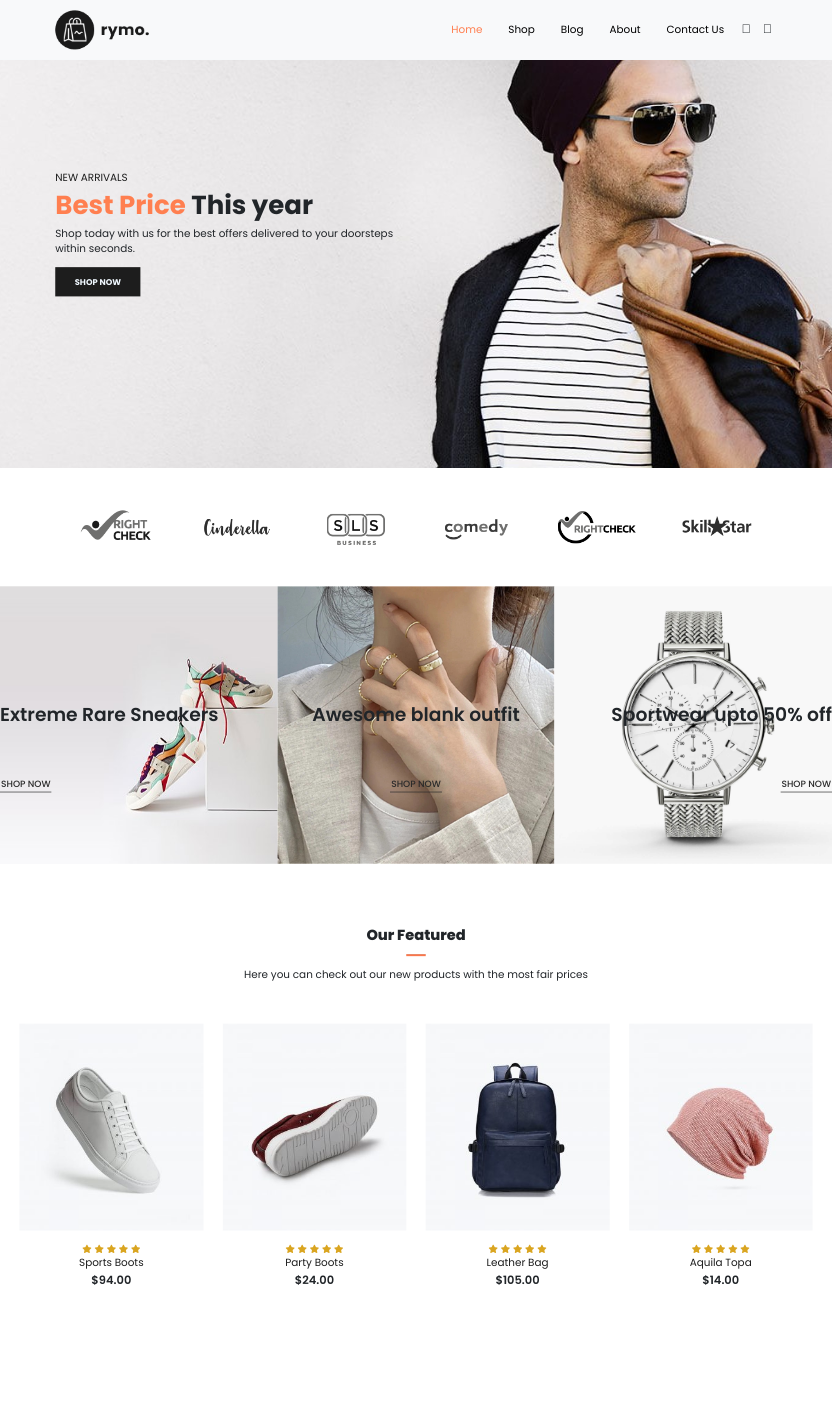
Repository: peter417waweru/e-commerce-UI
Page: index.html
An editor plug-in stored every save of this project. The page is shown before and after the next save, followed by the edit.
The browser window is 1280 px wide. The pictures show the whole page, at 65% of full size.
Some web libraries are served in a nearby version.

Above is the page before, as saved 2025-02-07 23:32:43.

### index.html
<!DOCTYPE html>
<html lang="en">

    <head>
        <meta charset="UTF-8">
        <meta http-equiv="X-UA-Compatible" content="IE=edge">
        <meta name="viewport" content="width=device-width, initial-scale=1.0">
        <title>Ecommerce Website1</title>

        <link rel="stylesheet" href="https://cdn.jsdelivr.net/npm/bootstrap@4.1.3/dist/css/bootstrap.min.css"
         integrity="sha384-MCw98/SFnGE8fJT3GXwEOngsV7Zt27NXFoaoApmYm81iuXoPkFOJwJ8ERdknLPMO" crossorigin="anonymous">

        <link rel="stylesheet" href="https://pro.fontawesome.com/releases/v5.10.0/css/all.css" />

        <link rel="stylesheet" href="./style.css">
    </head>

    <body>

        <nav class="navbar navbar-expand-lg navbar-light bg-light py-3 fixed-top">
            <div class="container">
              <img src="img/logo1.png" alt="">
              <button class="navbar-toggler" type="button" data-bs-toggle="collapse" data-bs-target="#navbarSupportedContent" aria-controls="navbarSupportedContent" aria-expanded="false" aria-label="Toggle navigation">
                <span><i id="bar" class="fas fa-bars"></i></span>
              </button>
              <div class="collapse navbar-collapse" id="navbarSupportedContent">
                <ul class="navbar-nav ml-auto">
                  <li class="nav-item">
                    <a class="nav-link active" aria-current="page" href="#">Home</a>
                  </li>
                  <li class="nav-item">
                    <a class="nav-link" aria-current="page" href="#">Shop</a>
                  </li>
                  <li class="nav-item">
                    <a class="nav-link" aria-current="page" href="#">Blog</a>
                  </li>
                  <li class="nav-item">
                    <a class="nav-link" aria-current="page" href="#">About</a>
                  </li>
                  <li class="nav-item">
                    <a class="nav-link" aria-current="page" href="#">Contact Us</a>
                  </li>
                  <li class="nav-item">
                    <i class="fal fa-search"></i>
                    <i class="fal fa-shopping-bag"></i>
                  </li>


                </ul>

              </div>
            </div>
        </nav>


        <section id="home">
          <div class="container">
            <h5>NEW ARRIVALS</h5>
            <h1><span>Best Price</span> This year</h1>
            <p>Shop today with us for the best offers delivered to your doorsteps <br>
               within seconds.
            </p>
            <button>Shop Now</button>
          </div>
        </section>

        <section id="brand" class="container">
          <div class="row m-0 py-5">
            <img class="img-fluid col-lg-2 col-md-4 col-sm-6" src="img/brand/1.png" alt="">
            <img class="img-fluid col-lg-2 col-md-4 col-sm-6" src="img/brand/2.png" alt="">
            <img class="img-fluid col-lg-2 col-md-4 col-sm-6" src="img/brand/3.png" alt="">
            <img class="img-fluid col-lg-2 col-md-4 col-sm-6" src="img/brand/4.png" alt="">
            <img class="img-fluid col-lg-2 col-md-4 col-sm-6" src="img/brand/5.png" alt="">
            <img class="img-fluid col-lg-2 col-md-4 col-sm-6" src="img/brand/6.png" alt="">
          </div>
        </section>

        <section id="new" class="w-100">
          <div class="row p-0 m-0">
            <div class="one col-lg-4 col-md-12 col-sm-12 p-0">
              <img class="img-fluid" src="img/new/1.jpg" alt="">
              <div class="details">
                <h2>Extreme Rare Sneakers</h2>
                <button class="text-uppercase">shop now</button>
              </div>
            </div>
            <div class="one col-lg-4 col-md-12 col-sm-12 p-0">
              <img class="img-fluid" src="img/new/5.jpg" alt="">
              <div class="details">
                <h2>Awesome blank outfit</h2>
                <button class="text-uppercase">shop now</button>
              </div>
            </div>
            <div class="one col-lg-4 col-md-12 col-sm-12 p-0">
              <img class="img-fluid" src="img/new/3.jpg" alt="">
              <div class="details">
                <h2>Sportwear upto 50% off</h2>
                <button class="text-uppercase">shop now</button>
              </div>
            </div>
          </div>
        </section>

        <section id="featured" class="my-5 pb-5">
          <div class="container text-center mt-5 py-5">
            <h3>Our Featured</h3>
            <hr class="mx-auto">
            <p>Here you can check out our new products with the most fair prices</p>
          </div>
          <div class="row mx-auto container-fluid">
            <div class="product text-center col-lg-3 col-md-4 col-12">
              <img class="img-fluid mb-3" src="img/featured/1.jpg" alt="">
              <div class="star">
                <i class="fas fa-star"></i>
                <i class="fas fa-star"></i>
                <i class="fas fa-star"></i>
                <i class="fas fa-star"></i>
                <i class="fas fa-star"></i>
              </div>
              <h5 class="p-name">Sports Boots</h5>
              <h4 class="p-price">$94.00</h4>
              <button class="buy-btn">Buy Now</button>
            </div>
            <div class="product text-center col-lg-3 col-md-4 col-12">
              <img class="img-fluid mb-3" src="img/featured/2.jpg" alt="">
              <div class="star">
                <i class="fas fa-star"></i>
                <i class="fas fa-star"></i>
                <i class="fas fa-star"></i>
                <i class="fas fa-star"></i>
                <i class="fas fa-star"></i>
              </div>
              <h5 class="p-name">Party Boots</h5>
              <h4 class="p-price">$24.00</h4>
              <button class="buy-btn">Buy Now</button>
            </div>
            <div class="product text-center col-lg-3 col-md-4 col-12">
              <img class="img-fluid mb-3" src="img/featured/3.jpg" alt="">
              <div class="star">
                <i class="fas fa-star"></i>
                <i class="fas fa-star"></i>
                <i class="fas fa-star"></i>
                <i class="fas fa-star"></i>
                <i class="fas fa-star"></i>
              </div>
              <h5 class="p-name">Leather Bag</h5>
              <h4 class="p-price">$105.00</h4>
              <button class="buy-btn">Buy Now</button>
            </div>
            <div class="product text-center col-lg-3 col-md-4 col-12">
              <img class="img-fluid mb-3" src="img/featured/4.jpg" alt="">
              <div class="star">
                <i class="fas fa-star"></i>
                <i class="fas fa-star"></i>
                <i class="fas fa-star"></i>
                <i class="fas fa-star"></i>
                <i class="fas fa-star"></i>
              </div>
              <h5 class="p-name">Aquila Topa</h5>
              <h4 class="p-price">$14.00</h4>
              <button class="buy-btn">Buy Now</button>
            </div>
          </div>
        </section>


        <script src="https://cdn.jsdelivr.net/npm/@popperjs/core@2.9.1/dist/umd/popper.min.js"
            integrity="sha384-SR1sx49pcuLnqZUnnPwx6FCym0wLsk5JZuNx2bPPENzswTNFaQU1RDvt3wT4gWFG"
            crossorigin="anonymous"></script>
        <script src="https://cdn.jsdelivr.net/npm/bootstrap@5.0.0-beta3/dist/js/bootstrap.min.js"
            integrity="sha384-j0CNLUeiqtyaRmlzUHCPZ+Gy5fQu0dQ6eZ/xAww941Ai1SxSY+0EQqNXNE6DZiVc"
            crossorigin="anonymous"></script>
    </body>

</html>

### style.css
@import url("https://fonts.googleapis.com/css2?family=Poppins:wght@100;200;300;400;500;600;700;800;900&display=swap");
* {
  margin: 0;
  padding: 0;
  box-sizing: border-box;
}

body {
  font-family: "Poppins", sans-serif;
}

h1 {
  font-size: 2.5rem;
  font-weight: 700;
}

h2 {
  font-size: 1.8rem;
  font-weight: 600;
}

h3 {
  font-size: 1.4rem;
  font-weight: 800;
}

h4 {
  font-size: 1.1rem;
  font-weight: 600;
}

h5 {
  font-size: 1rem;
  font-weight: 400;
  color: #1d1d1d;
}

h6 {
  color: #d8d8d8;
}

hr {
  width: 30px;
  height: 2px;
  background-color: #fb774b;
}

.star i{
  font-size: 0.8rem;
  color: goldenrod;
}

button {
  font-size: 0.8rem;
  font-weight: 700;
  outline: none;
  border: none;
  background-color: #1d1d1d;
  color: aliceblue;
  padding: 13px 30px;
  cursor: pointer;
  text-transform: uppercase;
  transition: 0.3s ease;
}

button:hover {
  background-color: #3a3833;
}

hr {
  width: 30px;
  height: 2px;

}

.navbar {
  font-size: 16px;
  background-color: #d8d8d8;
  top: 0;
  left: 0;
}

.navbar-light .navbar-nav .nav-link{
  padding: 0 20px;
  color: black;
  transition: 0.3s ease;
}

.navbar-light .navbar-nav .nav-link:hover,
.navbar i:hover,
.navbar-light .navbar-nav .nav-link.active,
.navbar i.active
{
  color: coral;
}



.navbar i{
  font-size: 1.2rem;
  padding: 0 7px;
  cursor: pointer;
  transition: 0.3s ease;
}

/* Mobile Nav*/


.navbar-light .navbar-toggler{
  border: none;
  outline: none;
}

#bar {
  font-size: 1.5rem;
  padding: 7px;
  cursor: pointer;
  font-weight: 500;
  color: black;
  transition: 0.3s ease;
}

#bar:hover,
#bar.active{
  color: #fff;
}

@media only screen and (max-width: 990px) {

  body > nav > div > button:hover ,
  body > nav > div > button:focus {
    background-color: #fb774b;
  }

  body > nav > div > button:hover #bar,
  body > nav > div > button:focus #bar {
    background-color: #fb774b;
  }

  #navbarSupportedContent > ul {
    margin: 1rem;
    justify-content: flex-end;
    align-items: flex-end;
    text-align: right;
  }

  #navbarSupportedContent > ul > li:nth-child(n) > a {
    padding: 10px 0;
  }
}


#home {
  background-image: url("img/back.jpg");
  width: 100%;
  height: 100vh;
  background-size: cover;
  background-position: top 70px center;
  display: flex;
  flex-direction: column;
  align-items: flex-start;
  justify-content: center;

}

#home span{
  color: coral;
}

#new .row .one img{
  width: 100%;
  height: 100%;
  background-position: center center;
  background-repeat: no-repeat;
  background-size: cover;
  position: relative;
}


#new .row .one .details{
  position: absolute;
  width: 100%;
  height: 100%;
  top: 0;
  left: 0;
  transition: 0.3s ease;
}

#new .row .one:hover .details{
  cursor: pointer;
  background-color: rgba(255, 178, 178, 0.8);
}

#new .row .one .details button{
 display: inline-block;
 font-size: 14px;
 font-weight: 500;
 color: #2a2a2a;
 background: none;
 text-transform: uppercase;
 border-bottom: 1px solid #2a2a2a;
 padding: 1.5px;
 transform: translateY(70px);
 transition: 0.3s ease;
}

#new .row .one .details button:hover{
  cursor: pointer;
  color: #fff;
  border-bottom: 1px solid #fff;
}

#new .row .one:nth-child(1) .details{
  display: flex;
  justify-content: center;
  flex-direction: column;
  align-items: flex-start;
  text-align: start;
}

#new .row .one:nth-child(2) .details{
  display: flex;
  justify-content: center;
  flex-direction: column;
  align-items: center;
  text-align: center;
}

#new .row .one:nth-child(3) .details{
  display: flex;
  justify-content: center;
  flex-direction: column;
  align-items: flex-end;
  text-align: end;
}

/*Products*/

.product {
  cursor: pointer;
  margin-bottom: 2rem;
}

.product img{
  transition: 0.3s all;
}

.product img:hover{
  opacity: 0.7;
}

.product .buy-btn{
  background: #fb774b;
  transform: translateY(20px);
  opacity: 0;
  transition: 0.3s all;
}
.product:hover .buy-btn{
  transform: translateY(0px);
  opacity: 1;
}

After the next save:
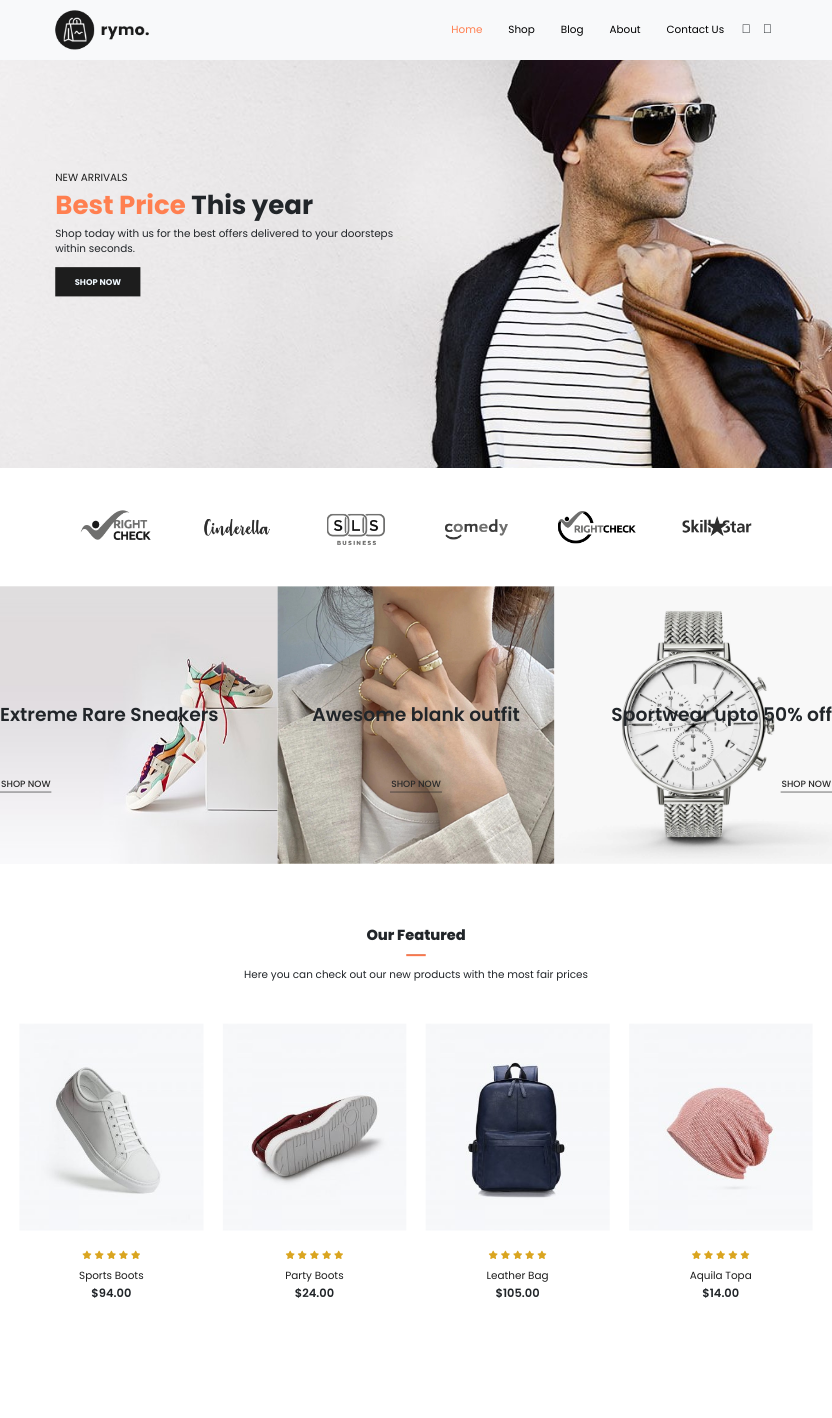
Saved 70 s later.
--- a/style.css
+++ b/style.css
@@ -43,6 +43,10 @@ hr {
   width: 30px;
   height: 2px;
   background-color: #fb774b;
+}
+
+.star {
+  padding: 10px 0;
 }
 
 .star i{
